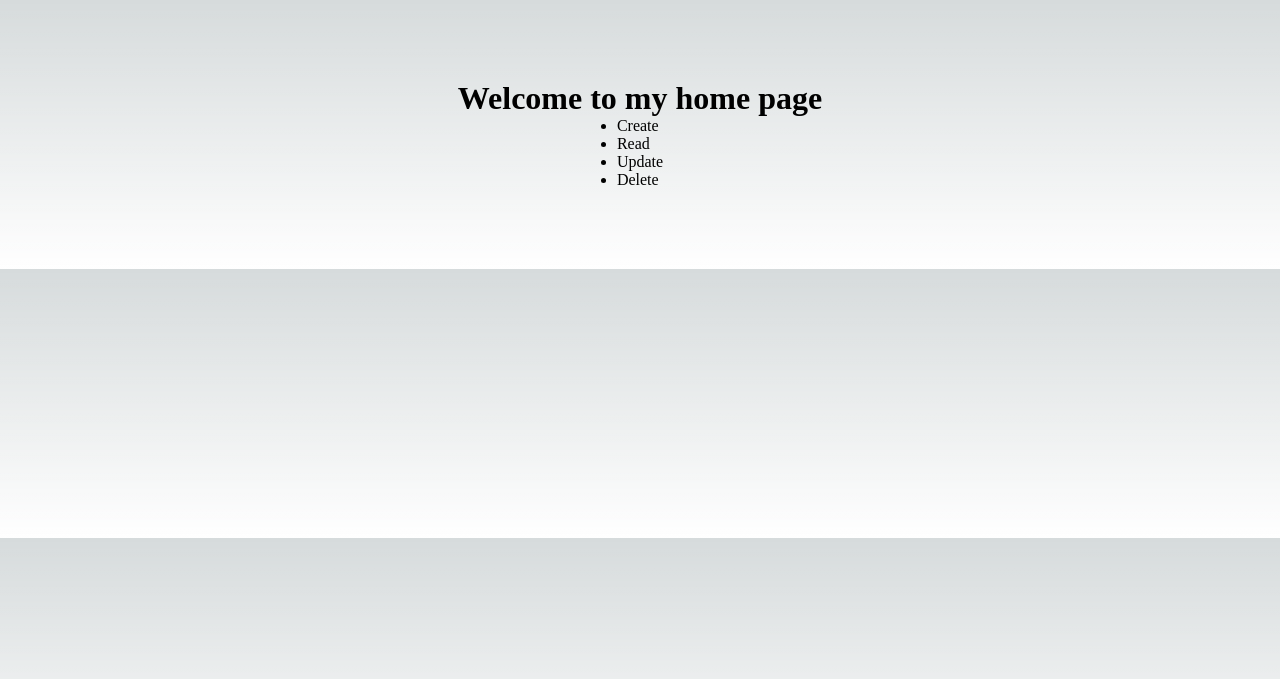
Repository: Aaron-Trippy/class-4-tests
Page: /
An editor plug-in stored every save of this project. The page is shown before and after the next save, followed by the edit.
The browser window is 1280 px wide. The pictures show the whole page.
The project was rebuilt for these pictures with package versions that can differ from the ones it lists, and the page was loaded fresh each time. The framework's server and built-in components were replaced by stand-ins that run in the browser. Also part of the build but not shown: next.config.js.

Above is the page before, as saved 2023-01-26 14:46:51.

### pages/index.js
import Head from 'next/head'
import Image from 'next/image'
import { Inter } from '@next/font/google'
import styles from '../styles/Home.module.css'

const inter = Inter({ subsets: ['latin'] })

export default function Home() {
  return (
    <>
      <Head>
        <title>Example #1</title>
        <meta name="description" content="Generated by create next app" />
        <meta name="viewport" content="width=device-width, initial-scale=1" />
        <link rel="icon" href="/favicon.ico" />
      </Head>
      <main className={styles.main}>
        <h1>Welcome to my home page</h1>
        <ul>
          <li>Create</li>
          <li>Read</li>
          <li>Update</li>
          <li>Delete</li>
        </ul>
      </main>
    </>
  )
}

### styles/Home.module.css
.container {
  min-height: 100vh;
  padding: 0 0.5rem;
  display: flex;
  flex-direction: column;
  justify-content: center;
  align-items: center;
}

.main {
  padding: 5rem 0;
  flex: 1;
  display: flex;
  flex-direction: column;
  justify-content: center;
  align-items: center;
}

.footer {
  width: 100%;
  height: 100px;
  border-top: 1px solid #eaeaea;
  display: flex;
  justify-content: center;
  align-items: center;
}

.footer a {
  display: flex;
  justify-content: center;
  align-items: center;
  flex-grow: 1;
}

.title a {
  color: #0070f3;
  text-decoration: none;
}

.title a:hover,
.title a:focus,
.title a:active {
  text-decoration: underline;
}

.title {
  margin: 0;
  line-height: 1.15;
  font-size: 4rem;
}

.title,
.description {
  text-align: center;
}

.description {
  line-height: 1.5;
  font-size: 1.5rem;
}

.code {
  background: #fafafa;
  border-radius: 5px;
  padding: 0.75rem;
  font-size: 1.1rem;
  font-family: Menlo, Monaco, Lucida Console, Liberation Mono, DejaVu Sans Mono,
    Bitstream Vera Sans Mono, Courier New, monospace;
}

.grid {
  display: flex;
  align-items: center;
  justify-content: center;
  flex-wrap: wrap;
  max-width: 800px;
  margin-top: 3rem;
}

.grid__container {
  display: grid;
  grid-template-columns: auto auto auto;
  background-color: #2196F3;
  padding: 10px;
}
.grid__item {
  background-color: rgba(255, 255, 255, 0.8);
  border: 1px solid rgba(0, 0, 0, 0.8);
  padding: 20px;
  font-size: 30px;
  text-align: center;
}

.card {
  margin: 1rem;
  padding: 1.5rem;
  text-align: left;
  color: inherit;
  text-decoration: none;
  border: 1px solid #eaeaea;
  border-radius: 10px;
  transition: color 0.15s ease, border-color 0.15s ease;
  width: 45%;
}

.card:hover,
.card:focus,
.card:active {
  color: #0070f3;
  border-color: #0070f3;
}

.card h2 {
  margin: 0 0 1rem 0;
  font-size: 1.5rem;
}

.card p {
  margin: 0;
  font-size: 1.25rem;
  line-height: 1.5;
}

.logo {
  height: 1em;
  margin-left: 0.5rem;
}

@media (max-width: 600px) {
  .grid {
    width: 100%;
    flex-direction: column;
  }
}

Loaded but not shown: pages/_app.js (common file); pages/_document.js (common file); styles/globals.css (common file)

After the next save:
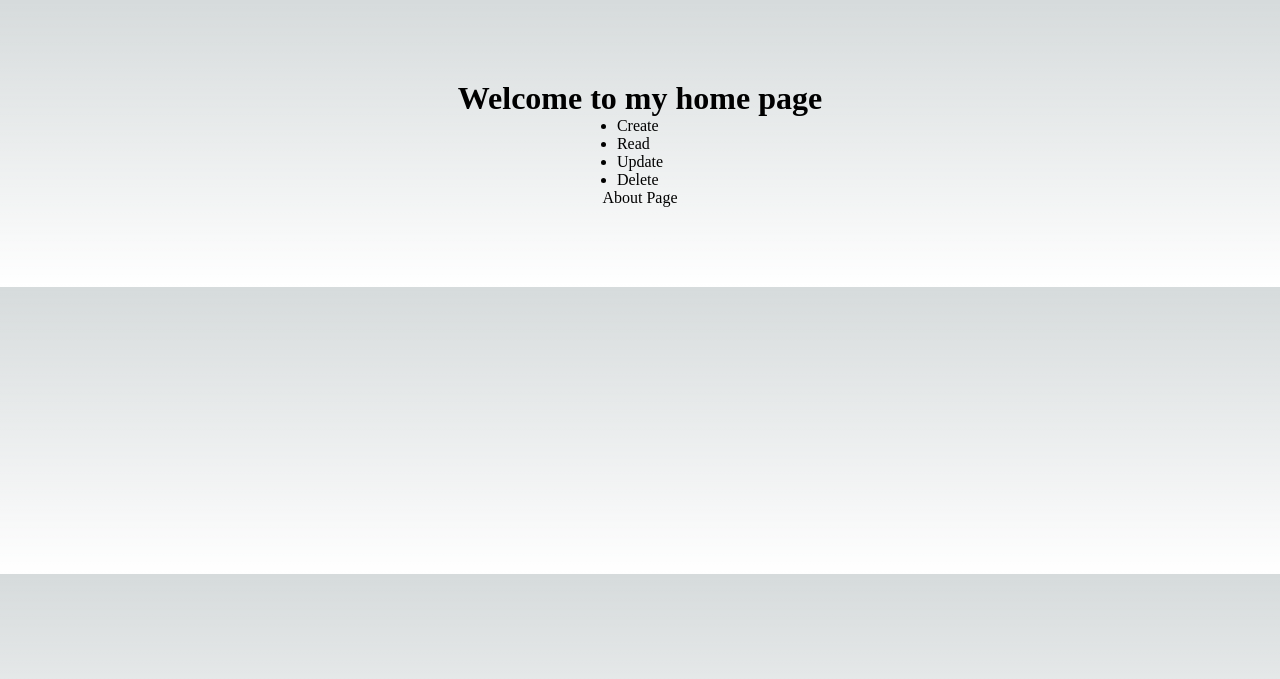
Saved 92 s later.
--- a/pages/index.js
+++ b/pages/index.js
@@ -15,13 +15,18 @@ export default function Home() {
         <link rel="icon" href="/favicon.ico" />
       </Head>
       <main className={styles.main}>
+
         <h1>Welcome to my home page</h1>
+
         <ul>
           <li>Create</li>
           <li>Read</li>
           <li>Update</li>
           <li>Delete</li>
         </ul>
+
+        <p>About Page</p>
+
       </main>
     </>
   )
